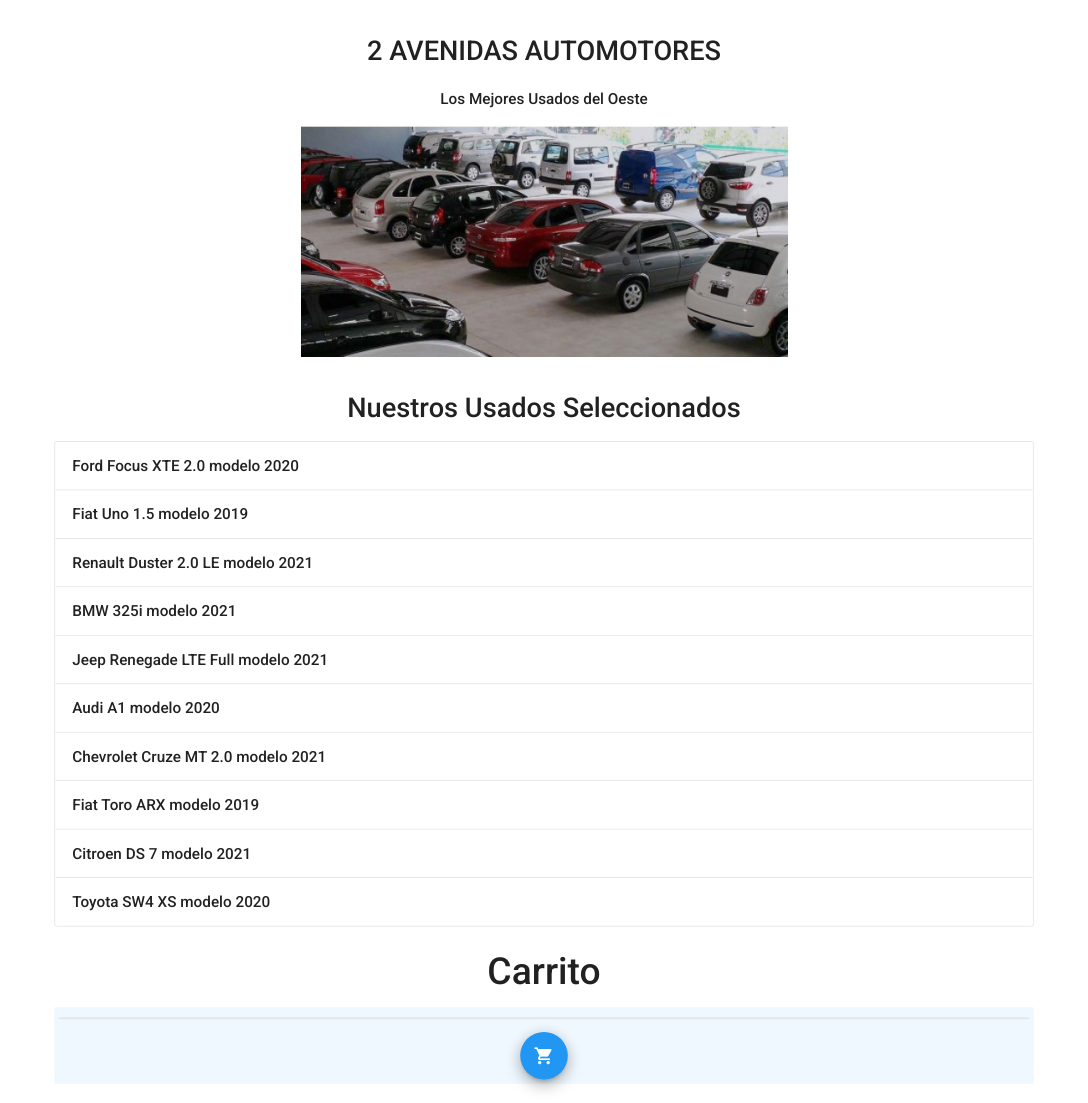
Repository: gadiazsaavedra/SimuladorInteractiv-14-03
Page: index.html
These files come from the project's save history. The page is drawn as it stood at one moment and after the next save; the edit follows.
The browser window is 1280 px wide. The pictures show the whole page, at 85% of full size.

Above is the page before, as saved 2022-03-15 11:24:28.

### index.html
<!DOCTYPE html>
<html lang="es">
    <head>
        <meta charset="UTF-8">
        <title>Acceso al DOM</title>
        <meta http-equiv="X-UA-Compatible" content="IE=edge">
        <meta name="viewport" content="width=device-width, initial-scale=1.0">
        <link rel="stylesheet" href="https://cdnjs.cloudflare.com/ajax/libs/materialize/1.0.0/css/materialize.min.css">
        <script src="https://cdnjs.cloudflare.com/ajax/libs/materialize/1.0.0/js/materialize.min.js"></script>
        <link href="https://fonts.googleapis.com/icon?family=Material+Icons" rel="stylesheet">
        <link rel="stylesheet" href="css/styles.css">
        <script defer src="js/variables.js"></script>
        <script defer src="js/main.js"></script>
    </head>
    <body>
        <div class="center">
            <h1 id="titulo"></h1>
            <p id="slogan"></p>
            <img class="responsive-img" src="images/logo.jpg" width="50%" >
        </div>
        <div>
            <h2 class="center">Nuestros Usados Seleccionados</h2>
            <ul class="collection" id="listadoFrutas">

            </ul>
        </div>
        <div class="center">
            <h3>Carrito</h3>
        </div>
        <div class="color-carrito carrito center">
            <ul class="collection" id="listadoCarrito">

            </ul>
            <a class="btn-floating btn-large blue white-text
                     z-depth-3 waves-effect waves-light" href="checkout.html">
                <i class="material-icons">shopping_cart</i>
            </a>
        </div>
        <br>
    </body>
</html>

### css/styles.css
@import url('https://fonts.googleapis.com/css2?family=Roboto:ital,wght@0,100;0,300;0,500;0,700;1,100;1,300;1,500;1,700&display=swap');

div, form {
    font-family: 'Roboto', Arial, Helvetica, sans-serif;
    margin-left: 5%;
    margin-right: 5%;
}

form {
    padding: 2em;
}

.color-formulario {
    background-color: whitesmoke;
}

h1, h2 {
    font-size: xx-large;
}

p, li {
    font-size: 1.2em;
}

.collection-item {
    line-height: 2em !important;
}

.color-carrito {
    background-color: aliceblue;
}

.carrito {
    border-color: whitesmoke;
    padding: 5px;
}

.italica-carrito {
    font-style: italic;
}

.fondo-inputs {
    background-color: aquamarine !important;
}

### js/variables.js
// const productos = ['Motherboard ATX Intel', 'Memoria RAM 4 GB DDR3', 'Hard Disk 80 GB SEAGATE', 'Monitor Viewsonic .31', 'Case Babytower', 'Fuente 100~240 ATX 5 AMP']
const productos = ['Ford Focus XTE 2.0 modelo 2020', 'Fiat Uno 1.5 modelo 2019', 'Renault Duster 2.0 LE modelo 2021', 'BMW 325i modelo 2021', 'Jeep Renegade LTE Full modelo 2021', 'Audi A1 modelo 2020', 'Chevrolet Cruze MT 2.0 modelo 2021', 'Fiat Toro ARX modelo 2019', 'Citroen DS 7 modelo 2021', 'Toyota SW4 XS modelo 2020']
const carrito = []

const titulo = document.getElementById("titulo")
const slogan = document.getElementById("slogan")

const ul = document.getElementById("listadoFrutas") //Dentro de este nodo, cargaré los <li> con los productos
const listadoCarrito = document.getElementById("listadoCarrito") //En este otro, los productos a comprar

### js/main.js
titulo.innerText = "2 AVENIDAS AUTOMOTORES"
slogan.innerText = "Los Mejores Usados del Oeste"
// titulo.innerText = "HARDWAREVINTAGE.COM"
// slogan.innerText = "Tu Ecommerce favorito de repuestos informáticos out-of-stock"

const cargarProductos = ()=> { //Usen el DEBUGGER para seguir el código paso a paso
    for (fruta of productos) {
        const liProductos = document.createElement("li")
                liProductos.className = "collection-item"
                liProductos.innerText = fruta
                liProductos.setAttribute("onclick", `agregarAlCarrito('${fruta}')`)
                ul.append(liProductos)
            }
}

// SI QUEREMOS CREAR LOS ELEMENTOS HTML DE FORMA DINAMICA
const agregarAlCarrito = (prod)=> { //Usen el DEBUGGER para seguir el código paso a paso
    if (prod > "") {
        const id = prod + "enCarrito" //ID dinámico, para operar desde JS
        const liCarrito = document.createElement("li")
              liCarrito.className = "collection-item italica-carrito"
              liCarrito.innerText = prod
              liCarrito.id = id //ID dinámico
              liCarrito.setAttribute("ondblclick", `eliminarDelCarrito('${id}')`)
              listadoCarrito.append(liCarrito)
    }
}

//Para crear la opción de eliminar del carrito, debemos generar un ID dinámico
//al momento de crear un <li> por cada producto agregado al Carrito.
const eliminarDelCarrito = (productoID)=> { //Usen el DEBUGGER para seguir el código paso a paso
    if (confirm("¿Desea eliminar el producto del carrito?")) {
        const itemAeliminar = document.getElementById(productoID)
              itemAeliminar.remove()
              return
    }
}

//CARGAR LISTADO DE PRODUCTOS AL INGRESAR A LA PÁGINA
cargarProductos()

After the next save:
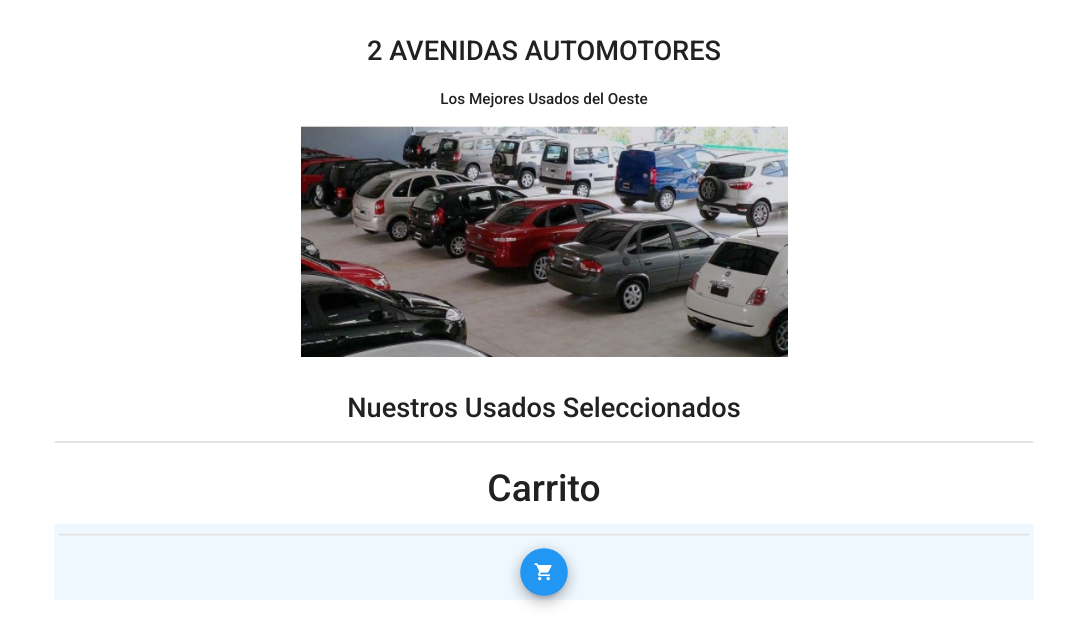
Console error: TypeError: Cannot read properties of null (reading 'append')
Saved 2 h 22 min later.
--- a/index.html
+++ b/index.html
@@ -20,7 +20,7 @@
         </div>
         <div>
             <h2 class="center">Nuestros Usados Seleccionados</h2>
-            <ul class="collection" id="listadoFrutas">
+            <ul class="collection" id="listadoAutos">
 
             </ul>
         </div>

After the save that followed:
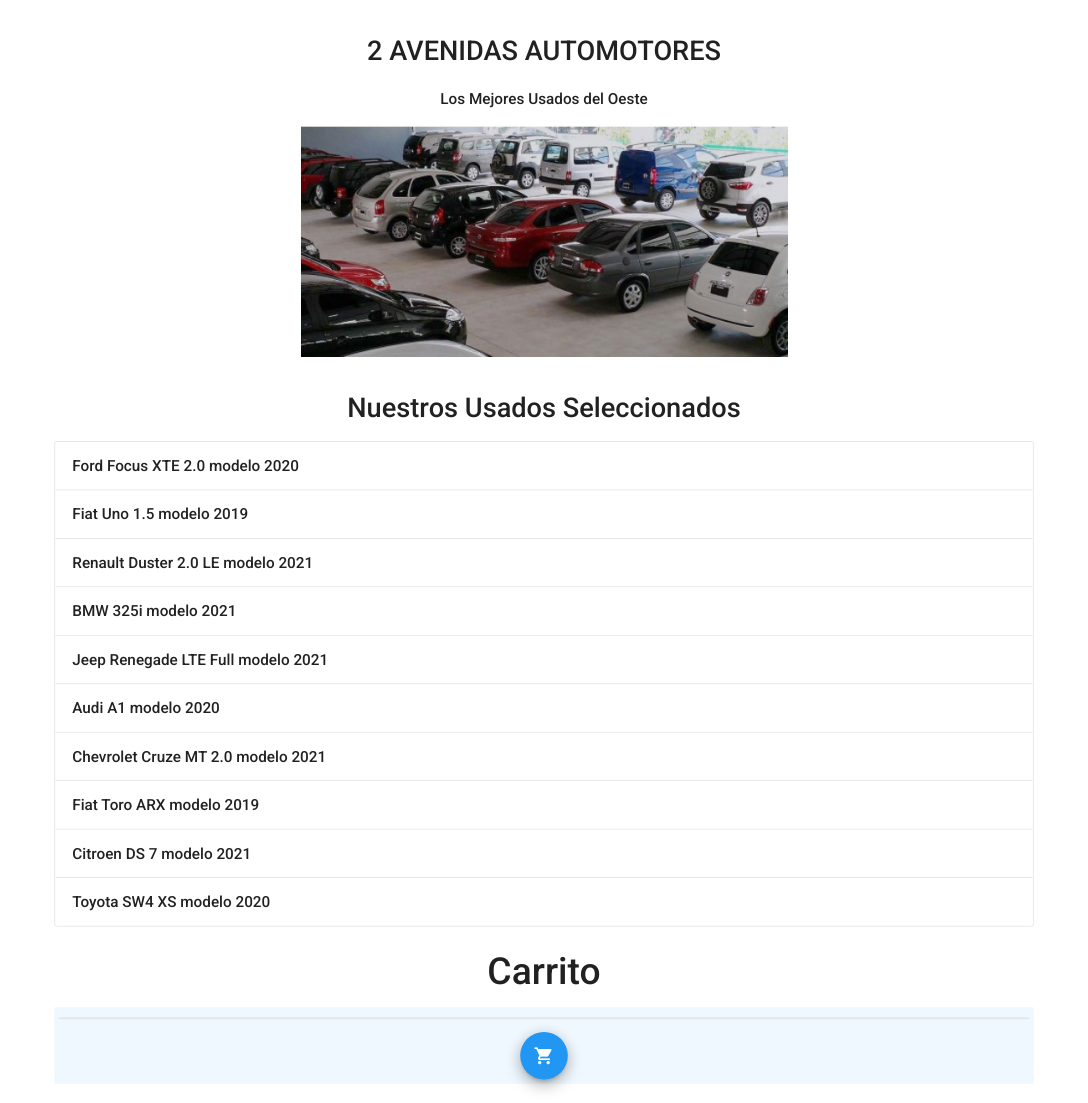
The error is gone.
Saved 48 s later.
--- a/js/variables.js
+++ b/js/variables.js
@@ -5,5 +5,5 @@ const carrito = []
 const titulo = document.getElementById("titulo")
 const slogan = document.getElementById("slogan")
 
-const ul = document.getElementById("listadoFrutas") //Dentro de este nodo, cargaré los <li> con los productos
+const ul = document.getElementById("listadoAutos") //Dentro de este nodo, cargaré los <li> con los productos
 const listadoCarrito = document.getElementById("listadoCarrito") //En este otro, los productos a comprar
